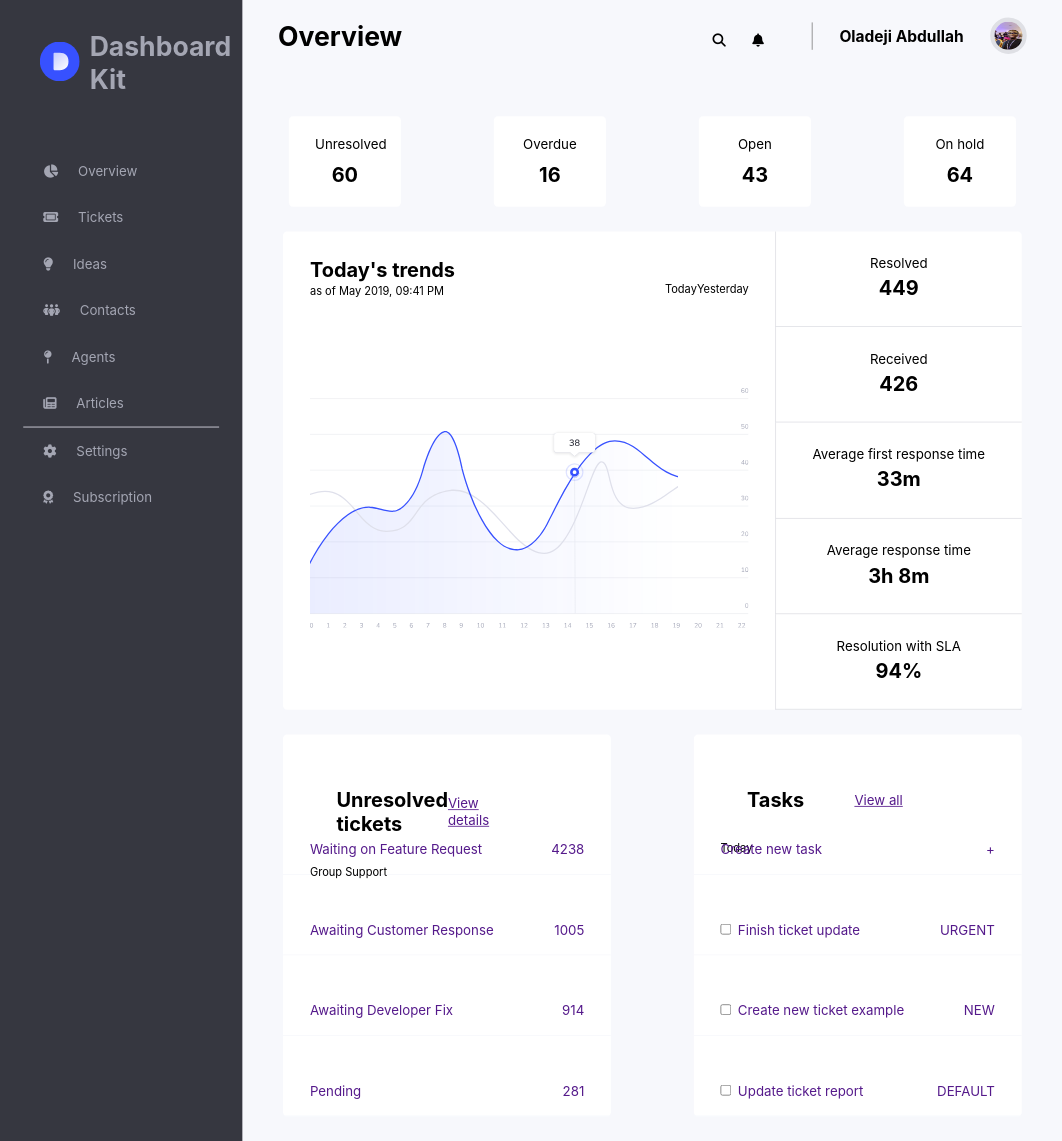
Repository: BuduCE/dashboard
Page: /
These files come from the project's save history. The page is drawn as it stood at one moment and after the next save; the edit follows.
The browser window is 1280 px wide. The pictures show the whole page, at 83% of full size.
Some web libraries are served in a nearby version. The project was rebuilt for these pictures with package versions that can differ from the ones it lists, and the page was loaded fresh each time. Also part of the build but not shown: src/pages/Tickets/index.jsx.

Above is the page before, as saved 2022-08-06 00:03:19.

### public/index.html
<!DOCTYPE html>
<html lang="en">
  <head>
    <meta charset="utf-8" />
    <link rel="icon" href="%PUBLIC_URL%/favicon.ico" />
    <meta name="viewport" content="width=device-width, initial-scale=1" />
    <meta name="theme-color" content="#000000" />
    <meta
      name="description"
      content="Web site created using create-react-app"
    />
    <link rel="apple-touch-icon" href="%PUBLIC_URL%/logo192.png" />
    <!--
      manifest.json provides metadata used when your web app is installed on a
      user's mobile device or desktop. See https://developers.google.com/web/fundamentals/web-app-manifest/
    -->
    <link rel="manifest" href="%PUBLIC_URL%/manifest.json" />
    <!--
      Notice the use of %PUBLIC_URL% in the tags above.
      It will be replaced with the URL of the `public` folder during the build.
      Only files inside the `public` folder can be referenced from the HTML.

      Unlike "/favicon.ico" or "favicon.ico", "%PUBLIC_URL%/favicon.ico" will
      work correctly both with client-side routing and a non-root public URL.
      Learn how to configure a non-root public URL by running `npm run build`.
    -->

    <!-- Font-Awesome  -->
    <link
      rel="stylesheet" href="https://cdnjs.cloudflare.com/ajax/libs/font-awesome/6.1.1/css/all.min.css" integrity="sha512-KfkfwYDsLkIlwQp6LFnl8zNdLGxu9YAA1QvwINks4PhcElQSvqcyVLLD9aMhXd13uQjoXtEKNosOWaZqXgel0g==" crossorigin="anonymous" referrerpolicy="no-referrer"
    />
    <title>Admin Dashboard</title>
  </head>
  <body>
    <noscript>You need to enable JavaScript to run this app.</noscript>
    <div id="root"></div>
    <!--
      This HTML file is a template.
      If you open it directly in the browser, you will see an empty page.

      You can add webfonts, meta tags, or analytics to this file.
      The build step will place the bundled scripts into the <body> tag.

      To begin the development, run `npm start` or `yarn start`.
      To create a production bundle, use `npm run build` or `yarn build`.
    -->
  </body>
</html>

### src/index.css
* {
  margin: 0;
  padding: 0;
  box-sizing: border-box;
}
body {
  margin: 0;
  font-family: -apple-system, BlinkMacSystemFont, 'Segoe UI', 'Roboto', 'Oxygen',
    'Ubuntu', 'Cantarell', 'Fira Sans', 'Droid Sans', 'Helvetica Neue',
    sans-serif;
  -webkit-font-smoothing: antialiased;
  -moz-osx-font-smoothing: grayscale;
  background: rgba(54, 55, 64, 1);
}

code {
  font-family: source-code-pro, Menlo, Monaco, Consolas, 'Courier New',
    monospace;
}

### src/App.js
import './App.css';
// import Overview from './pages/Overview';
// import Header from './components/common/Header';
import Sidenav from './components/common/SideNav';
// import Login from './pages/Login';

function App() {
  return (
    <div className="App">
      <Sidenav />
      {/* <Login /> */}
    </div>
  );
}

export default App;

### src/components/common/SideNav/index.jsx
import React from 'react'
import Overview from '../../../pages/Overview'
import Tickets from '../../../pages/Tickets'
import Header from '../Header'
import Logo from '../Logo'
import './styles.css'

const Sidenav = () => {
  return (
    <div className='dashboard'>
        <div className="navbar">
            <div className="logo">
                <Logo />
                <h1>Dashboard Kit</h1>
            </div>
            <div className="heading">
                <i className='fas fa-chart-pie'></i>
                <p>Overview</p>
            </div>
            <div className="heading">
                <i className='fas fa-ticket'></i>
                <p>Tickets</p>
            </div>
            <div className="heading">
                <i className='fas fa-lightbulb'></i>
                <p>Ideas</p>
            </div>
            <div className="heading">
                <i className='fas fa-people-group'></i>
                <p>Contacts</p>
            </div>
            <div className="heading">
                <i className='fas fa-map-pin'></i>
                <p>Agents</p>
            </div>
            <div className="heading divider">
                <i className='fas fa-newspaper'></i>
                <p>Articles</p>
            </div>
            <div className="heading">
                <i className='fas fa-gear'></i>
                <p>Settings</p>
            </div>
            <div className="heading">
                <i className='fas fa-award'></i>
                <p>Subscription</p>
            </div>

        </div>
        <div className="info">
            {/* <Header /> */}
            <Overview />
            {/* <Tickets /> */}
        </div>
    </div>
  )
}

export default Sidenav

### src/pages/Overview/index.jsx
import React from 'react'
import './styles.css'
import TrendMap from './graph.svg'
import Header from '../../components/common/Header'

const Overview = () => {
  return (
    <>
        <Header />
        <div className='overview_pg'>
            {/* Specific status */}
            <div className="overview_stat">
                <div className="overview_info">
                    <p>Unresolved</p>
                    <h2>60</h2>
                </div>
                <div className="overview_info">
                    <p>Overdue</p>
                    <h2>16</h2>
                </div>
                <div className="overview_info">
                    <p>Open</p>
                    <h2>43</h2>
                </div>
                <div className="overview_info">
                    <p>On hold</p>
                    <h2>64</h2>
                </div>
            </div>

            {/* Today's trend */}
            <div className="trends">
                <div className="trends_head">
                    <div className="trends_headT">
                        <div className="trend_title">
                            <h2>Today's trends</h2>
                        </div>
                        <div className="trend_title_stat">
                            <div className="trend_date">
                                <small>as of May 2019, 09:41 PM</small>
                            </div>
                            <div className="trend_day">
                                <small>Today</small>
                                <small>Yesterday</small>
                            </div>
                        </div>
                    </div>

                    <div className="trends_headB">
                        <img src={TrendMap} alt="Trend Chart" />
                    </div>
                </div>

                <div className="trends_summary">
                    <div className="summary_type">
                        <p>Resolved</p>
                        <h2>449</h2>
                    </div>
                    <div className="summary_type">
                        <p>Received</p>
                        <h2>426</h2>
                    </div>
                    <div className="summary_type">
                        <p>Average first response time</p>
                        <h2>33m</h2>
                    </div>
                    <div className="summary_type">
                        <p>Average response time</p>
                        <h2>3h 8m</h2>
                    </div>
                    <div className="summary_type">
                        <p>Resolution with SLA</p>
                        <h2>94%</h2>
                    </div>
                </div>
            </div>

            <div className="ticket_n_task">
                <div className="ticket">
                    <div className="ticket_head">
                        <div className="ticket_title">
                            <h2>Unresolved tickets</h2>
                            <a href="">View details</a>
                        </div>
                        <small>Group Support</small>
                    </div>
                    <div className="ticket_list">
                        <a href="">
                            <p>Waiting on Feature Request</p>
                            <p>4238</p>
                        </a>
                        <a href="">
                            <p>Awaiting Customer Response</p>
                            <p>1005</p>
                        </a>
                        <a href="">
                            <p>Awaiting Developer Fix</p>
                            <p>914</p>
                        </a>
                        <a href="">
                            <p>Pending</p>
                            <p>281</p>
                        </a>
                    </div>
                </div>

                <div className="task">
                    <div className="ticket_head">
                        <div className="ticket_title">
                            <h2>Tasks</h2>
                            <a href="">View all</a>
                        </div>
                        <small>Today</small>
                    </div>

                    <div className="ticket_list">
                        <a href="">
                            <p>Create new task</p>
                            <p>+</p>
                        </a>
                        <a href="">
                            <div className='task_todo'>
                                <input type="checkbox" name="" id="" />
                                <label htmlFor="">Finish ticket update</label>
                            </div>

                            <p>URGENT</p>
                        </a>
                        <a href="">
                            <div className='task_todo'>
                                <input type="checkbox" name="" id="" />
                                <label htmlFor="">Create new ticket example</label>
                            </div>

                            <p>NEW</p>
                        </a>
                        <a href="">
                            <div className='task_todo'>
                                <input type="checkbox" name="" id="check" />
                                <label htmlFor="">Update ticket report</label>
                            </div>

                            <p>DEFAULT</p>
                        </a>
                    </div>
                </div>
            </div>
        </div>
    </>
  )
}

export default Overview

### src/components/common/Header/index.jsx
import React from 'react'
import './styles.css'
import budu from './budu.jpg'

const Header = () => {
  return (
    <div className='head_er'>
        <div className="headerL">
            <h1>Overview</h1>
        </div>
        <div className="headerR">
            <i className='fas fa-magnifying-glass icon'></i>
            <i className='fas fa-bell icon bell'></i>
            <h3>Oladeji Abdullah</h3>
            <img src={budu} alt="" />
        </div>
    </div>
  )
}

export default Header

### src/components/common/Logo/index.jsx
import React from 'react'
import companyLogo from './logo.svg'

const Logo = () => {
  return (
    <div>
        <img src={companyLogo} alt="" />
    </div>
  )
}

export default Logo

### src/components/common/SideNav/styles.css
.dashboard{
    display: grid;
    grid-template-columns: 1fr 5fr;
}
.navbar{
    padding: 37px 28px;
    color: #A4A6B3;
}
.logo{
    display: flex;
    padding: 20px 20px;
    padding-bottom: 63px;
    padding-top: 0;
    align-items: center;
}
.logo h1{
    margin-left: 12px;
    width: 8.5rem;
}
.heading{
    width: 100%;
    display: flex;
    padding: 18px 24px;
    align-items: center;
}
.heading p{
    margin-left: 24px;
}
.heading:hover{
    border-left: 1px solid #DDE2FF;
    color: #DDE2FF;
}
.info{
    background: #F7F8FC;
    /* height: 100vh; */
}
.divider{
    border-bottom: 1px solid #DFE0EB;
}

### src/pages/Overview/styles.css
.overview_pg{
    margin-top: 54px;
}
.overview_stat{
    display: grid;
    grid-template-columns: 1fr 1fr 1fr 1fr;
    /* justify-content: space-evenly; */
    width: 100%;
}
.overview_info{
    display: flex;
    flex-direction: column;
    text-align: center;
    /* border: 1px solid; */
    border-radius: 5px;
    padding: 24px 32px;
    background: #fff;
    box-shadow: 15px;
    width: 55%;
    margin: auto;
}
.overview_info:hover{
    color: blue;
    border: 1px blue solid;
}
.overview_info p{
    padding-bottom: 12px;
}

/* trend  */
.trends{
    width: 90%;
    background: #fff;
    margin: auto;
    border-radius: 5px;
    height: 80vh;
    margin-top: 30px;
    display: grid;
    grid-template-columns: 2fr 1fr;
    margin-top: 30px;
}
.trends_head{
    padding: 32px;
}
.trend_title_stat{
    display: flex;
    justify-content: space-between;
}
.trend_day{
    display: flex;
    justify-content: space-evenly;
}
.trends_headB img{
    width: 100%;
    margin-top: 54px;
    height: 55vh;
}

/* summary  */
.trends_summary{
    display: grid;
    grid-template-rows: 1fr 1fr 1fr 1fr 1fr;
}
.summary_type{
    padding: 28px;
    border-left: 1px solid #dfe0e5;
    border-bottom: 1px solid #dfe0e5;
    text-align: center;
}
.summary_type p{
    margin-bottom: 6px;
}

/* Tickets */
.ticket_n_task{
    display: grid;
    grid-template-columns: 1fr 1fr;
    width: 90%;
    margin: auto;
    margin-top: 30px;
    margin-bottom: 30px;
}
.ticket{
    margin-right: 50px;
}
.task{
    margin-left: 50px;
}
.ticket,.task{
    border-radius: 5px;
    background: #fff;
}
.ticket_head{
    padding: 32px;
    margin-bottom: 8px;
    width: 80%;
    height: 10vh;
}
.ticket_title{
    display: flex;
    justify-content: space-between;
    align-items: center;
}
.ticket_list a{
    text-decoration: none;
    display: flex;
    justify-content: space-between;
    align-items: center;
    padding: 20px 32px;
    border-bottom: 1px solid #F7F8FC;
    margin-top: 36px;
    align-items: center;
}
.task_todo{
    align-items: center;
}
.task_todo label{
    margin-left: 8px;
}

### src/pages/Tickets/styles.css
.ticket_pg{
    background: #fff;
    border-radius: 5px;
    height: 96vh;
    width: 95%;
    margin: auto;
    margin-top: 54px;
}
.ticket_title{
    display: flex;
    justify-content: space-between;
    padding: 32px;
}
.titleR, .titleR_icon{
    display: flex;
    justify-content: space-between;
    align-items: center;
    margin-left: 32px;
}
.titleR_icon p{
    margin-left: 8px;
}
/* .tab_head{
    display: grid;
    grid-template-columns: 3fr 2fr 2fr 1fr;
    margin: auto;
    padding: 0 77px 12px 31px;
    border-bottom: 1px solid #dfe0e5;
} */
.tab_info{
    display: grid;
    grid-template-columns: 3fr 2fr 2fr 1fr;
    margin: auto;
    padding: 24px 31px;
    border-bottom: 1px solid #dfe0e5;
}
.tab_info:hover{
    background: #F7F8FC;
}
.info_title{
    display: grid;
    grid-template-columns: 1fr 7fr;
}
.info_title img{
    width: 44px;
    height: 44px;
    border: 5px solid #dfe0e5;
    border-radius: 50%;
}
.ticket_tab{
    margin: auto;
}
.info_status{
    display: flex;
    /* grid-template-columns: 1fr 1fr; */
    justify-content: space-between;
    align-items: center;
}
.info_status button{
    padding: 5px 20px;
    border-radius: 40%;
    background: red;
    color: #fff;
    border: none;
}

### src/components/common/Header/styles.css
.head_er{
    display: flex;
    justify-content: space-between;
    width: 100%;
    height: 10vh;
    padding: 43px 43px;
    align-items: center;
}
.headerR{
    display: flex;
    justify-content: space-between;
    align-items: center;
}
.icon{
    width: 16px;
    height: 16px;
    padding: 5px 24px;
}
.bell{
    padding-right: 72px;
}
.headerR h3{
    padding: 5px 32px;
    border-left: 1px solid grey;
}
.headerR img{
    width: 44px;
    height: 44px;
    border-radius: 50%;
    border: 5px solid #dfe0e5;
}

Loaded but not shown: src/index.js (common file); src/reportWebVitals.js (common file); src/App.css (common file)

After the next save:
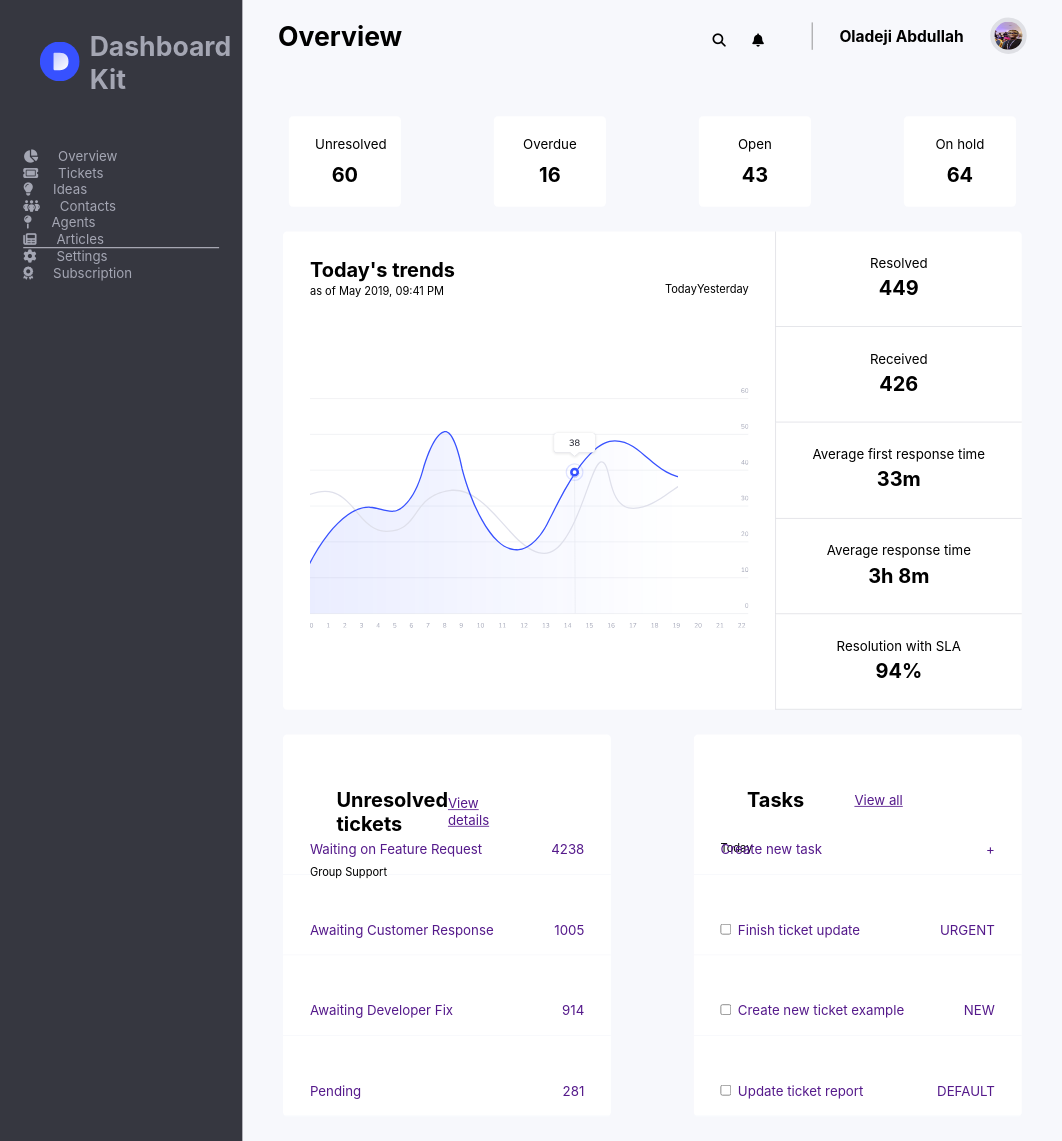
Saved 61 s later.
--- a/src/components/common/SideNav/styles.css
+++ b/src/components/common/SideNav/styles.css
@@ -20,7 +20,7 @@
 .heading{
     width: 100%;
     display: flex;
-    padding: 18px 24px;
+    /* padding: 18px 24px; */
     align-items: center;
 }
 .heading p{

After the save that followed:
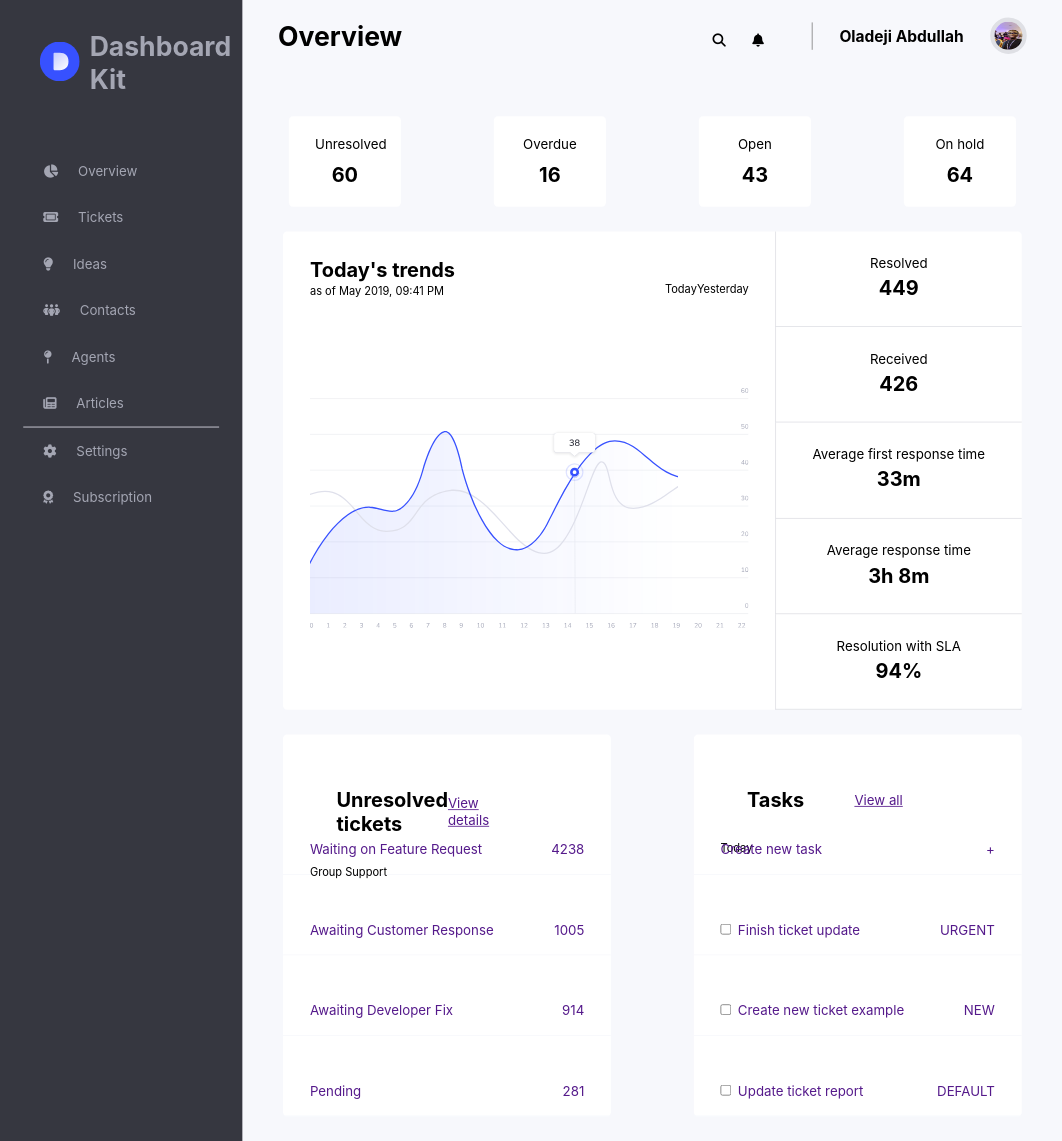
Saved 12 s later.
--- a/src/components/common/SideNav/styles.css
+++ b/src/components/common/SideNav/styles.css
@@ -20,7 +20,7 @@
 .heading{
     width: 100%;
     display: flex;
-    /* padding: 18px 24px; */
+    padding: 18px 24px;
     align-items: center;
 }
 .heading p{
